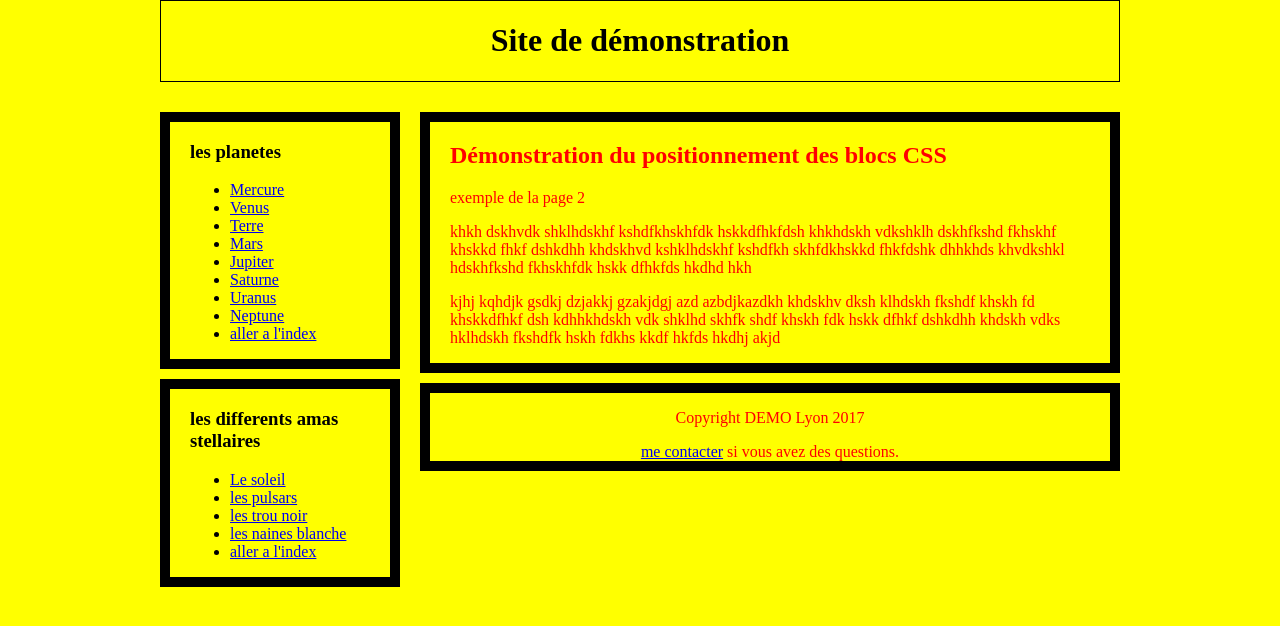
Repository: Poulpyto/fitec
Page: workspaceHtmlFlo/ModelePage1Flo/WebContent/page2.html
These files come from the project's save history. The page is drawn as it stood at one moment and after the next save; the edit follows.
The browser window is 1280 px wide. The pictures show the whole page.

Above is the page before, as saved 2017-04-04 13:59:37.

After the next save:
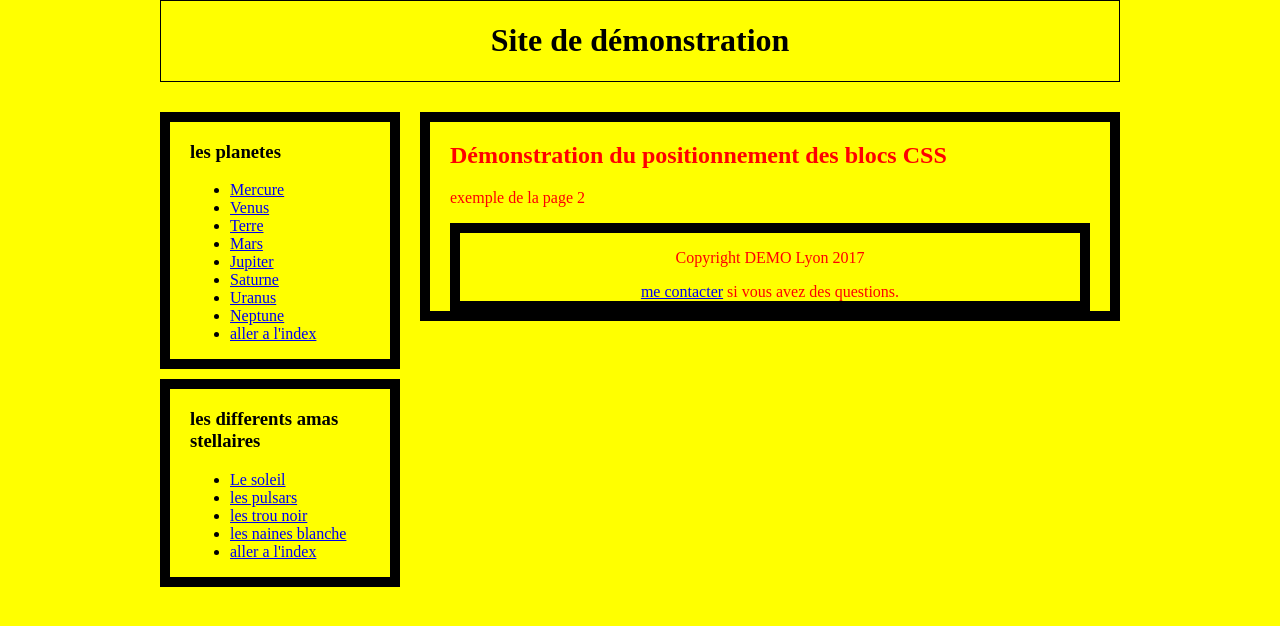
Saved 11 s later.
--- a/workspaceHtmlFlo/ModelePage1Flo/WebContent/page2.html
+++ b/workspaceHtmlFlo/ModelePage1Flo/WebContent/page2.html
@@ -42,9 +42,7 @@
 	<div class="block">
 		<h2>Démonstration du positionnement des blocs CSS</h2>
 		<p>exemple de la page 2</p>
-		<p>khkh dskhvdk shklhdskhf kshdfkhskhfdk hskkdfhkfdsh khkhdskh vdkshklh dskhfkshd fkhskhf khskkd fhkf dshkdhh khdskhvd kshklhdskhf kshdfkh skhfdkhskkd fhkfdshk dhhkhds khvdkshkl hdskhfkshd fkhskhfdk hskk dfhkfds hkdhd hkh</p>
-		<p> kjhj kqhdjk  gsdkj dzjakkj gzakjdgj azd azbdjkazdkh khdskhv dksh klhdskh fkshdf khskh fd khskkdfhkf dsh kdhhkhdskh vdk shklhd skhfk shdf khskh fdk hskk dfhkf dshkdhh khdskh vdks hklhdskh fkshdfk hskh fdkhs kkdf hkfds hkdhj akjd</p>
-	</div>
+
 	<div class="block footer">
 	<p> Copyright DEMO Lyon 2017</p>
 	<a href="mailto:contact@example.com">me contacter</a> si vous avez des questions.
